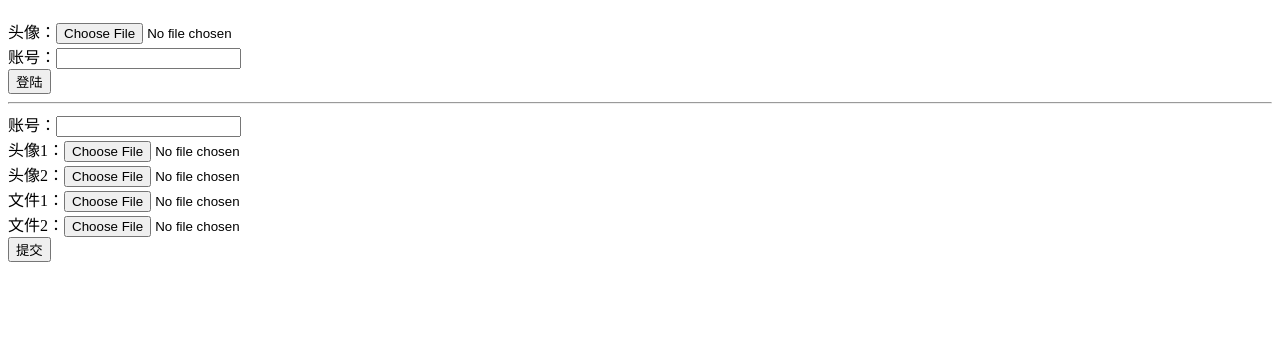
Repository: ocxz/spring
Page: http://localhost/91.SpringMVC_upload/
These files come from the project's save history. The page is drawn as it stood at one moment and after the next save; the edit follows.
The browser window is 1280 px wide. The pictures show the whole page.
The page is served by Tomcat 9. Other server files are loaded and not shown.

Above is the page before, as saved 2019-12-09 06:00:32.

### Spring/代码/91.SpringMVC_upload/src/main/webapp/index.jsp
<%@ page language="java" contentType="text/html; charset=UTF-8"
    pageEncoding="UTF-8"%>
<!DOCTYPE html>
<html>
<head>
<meta charset="UTF-8">
<title>Insert title here</title>
</head>
<body>
	<% pageContext.setAttribute("ctp", request.getContextPath()); %>
		<h3>${msg }</h3>
		<form action="fileUpload" method="post" enctype="multipart/form-data">
			头像：<input type="file" name="himage"> <br/>
			账号：<input type="text" name="username"> <br/>
			<input type="submit" value="登陆">
		</form>
		<hr/>

		<form action="fileUploads" method="post" enctype="multipart/form-data">
		账号：<input type="text" name="username"> <br/>
		头像1：<input type="file" name="files"> <br/>
		头像2：<input type="file" name="files"> <br/>
		文件1：<input type="file" name="file1"> <br/>
		文件2：<input type="file" name="file2"> <br/>
		<input type="submit" value="提交">
	</form>
</body>
</html>

After the next save:
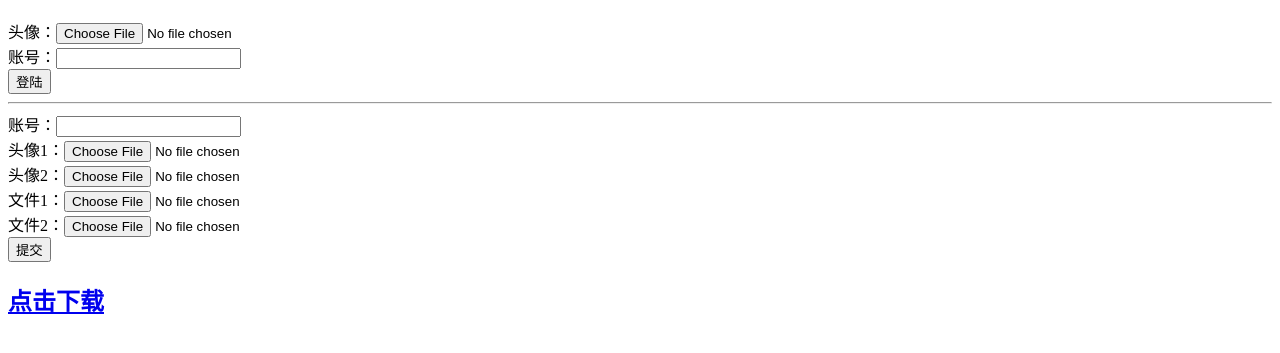
Saved 37 s later.
--- a/Spring/代码/91.SpringMVC_upload/src/main/webapp/index.jsp
+++ b/Spring/代码/91.SpringMVC_upload/src/main/webapp/index.jsp
@@ -24,5 +24,7 @@
 		文件2：<input type="file" name="file2"> <br/>
 		<input type="submit" value="提交">
 	</form>
+
+	<h2><a href="fileDownLoad">点击下载</a></h2>
 </body>
 </html>
